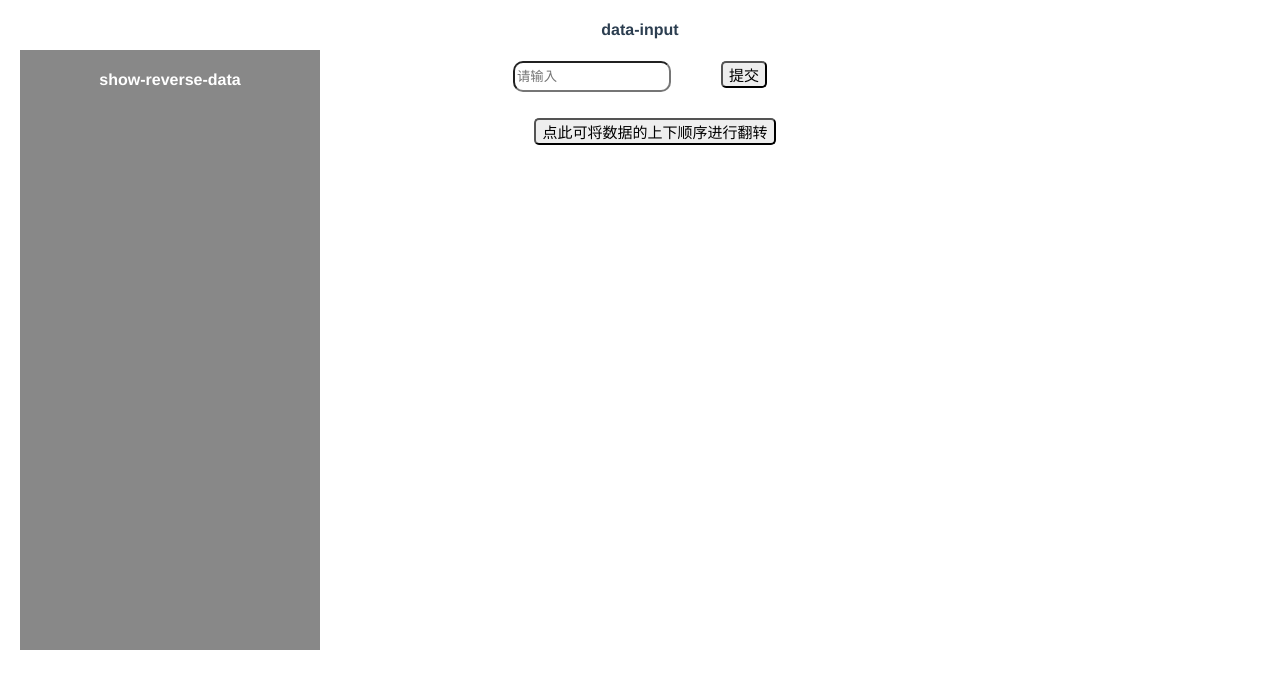
Repository: z-xy-git/demofirst
Page: /
An editor plug-in stored every save of this project. The page is shown before and after the next save, followed by the edit.
The browser window is 1280 px wide. The pictures show the whole page.
The project was rebuilt for these pictures with package versions that can differ from the ones it lists, and the page was loaded fresh each time.

Above is the page before, as saved 2021-02-26 10:41:19.

After the next save:
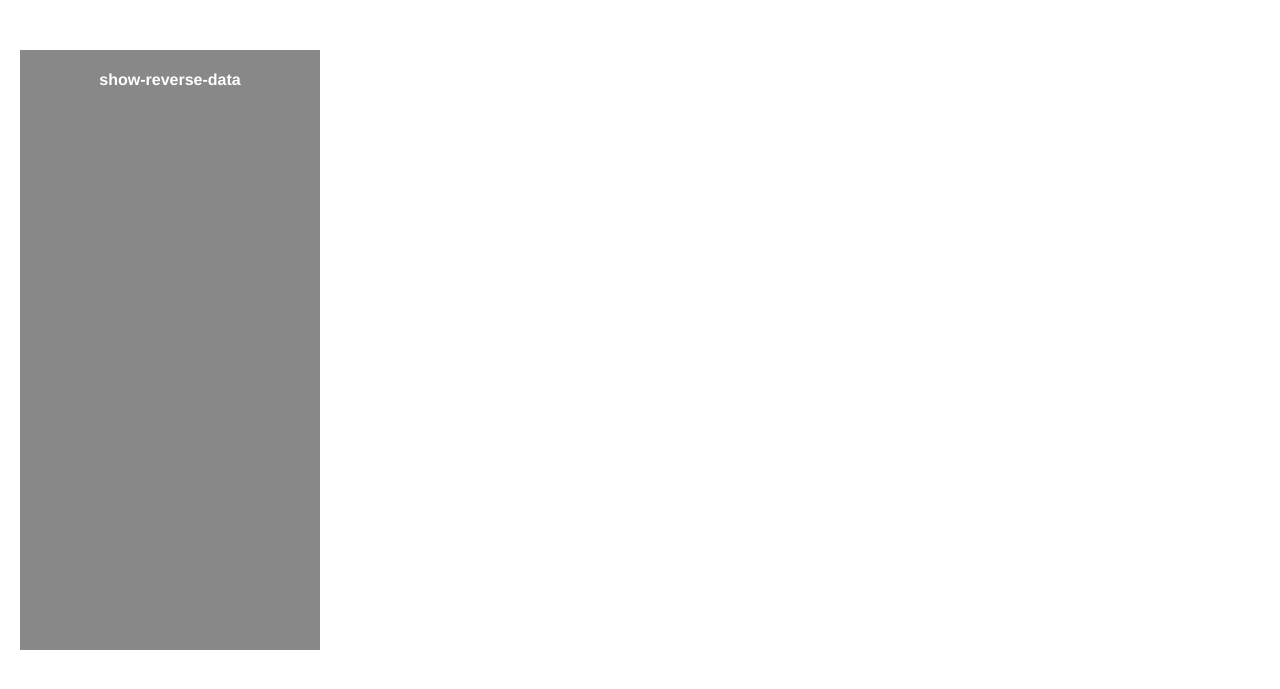
Saved 42 s later.
--- a/src/router/index.js
+++ b/src/router/index.js
@@ -11,7 +11,7 @@
     path: '/',
     name: 'Home',
     components: {
-      default: Home,
+      default: ShowData,
       a: ShowData,
       b: ReverseShowData
     }

After the save that followed:
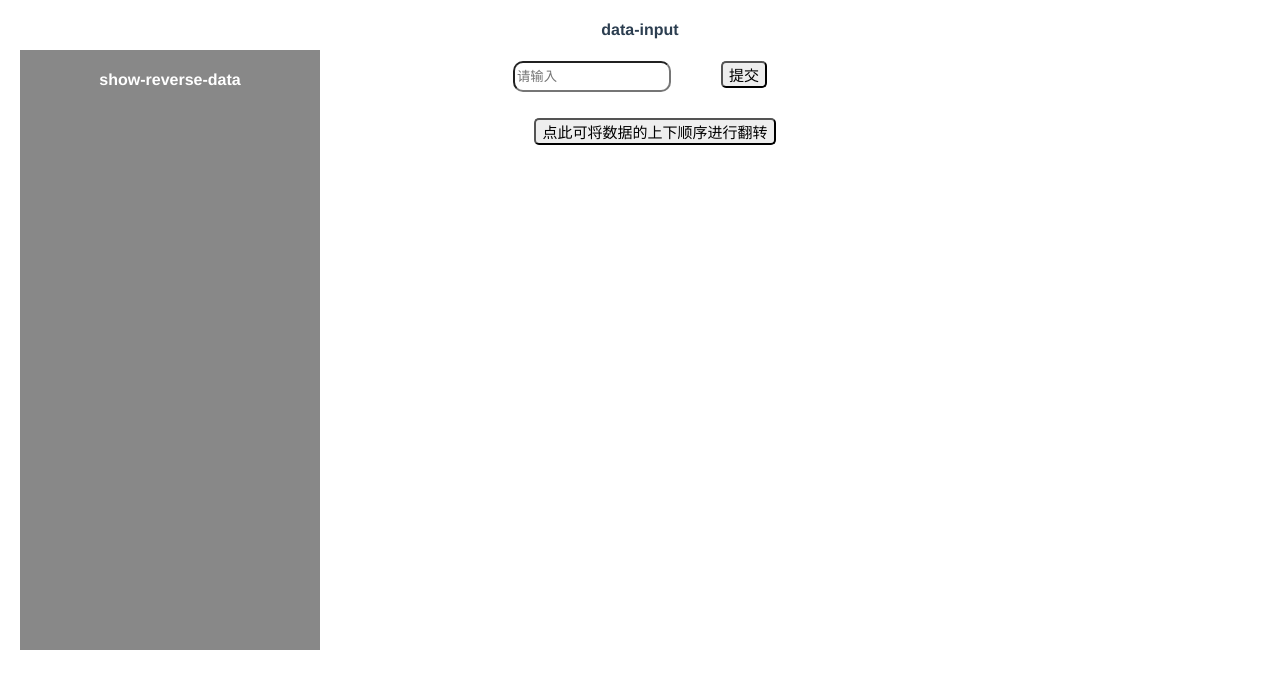
Saved 8 s later.
--- a/src/router/index.js
+++ b/src/router/index.js
@@ -11,7 +11,7 @@
     path: '/',
     name: 'Home',
     components: {
-      default: ShowData,
+      default: Home,
       a: ShowData,
       b: ReverseShowData
     }
